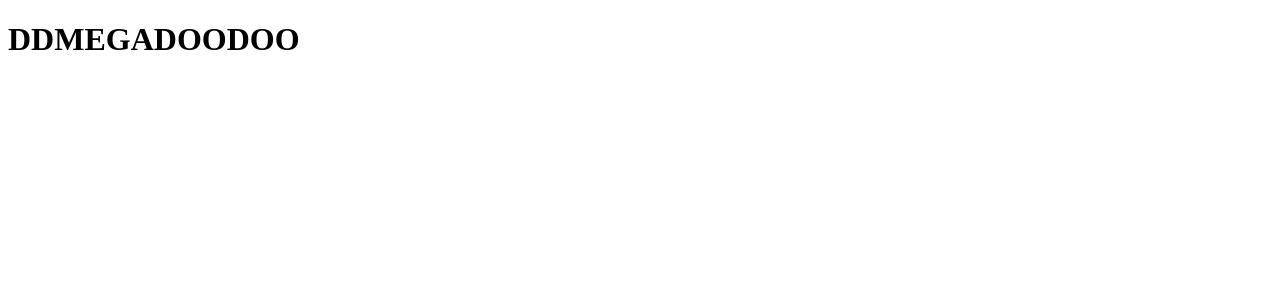
Repository: ofcoy/ofcoy
Page: index.html
The author's editor kept a copy of each file at every save. The page is drawn from the files as they stood at one save, then again after the next save.
The browser window is 1280 px wide. The pictures show the whole page.

Above is the page before, as saved 2026-04-22 13:22:39.
Not found: global.css

After the next save:
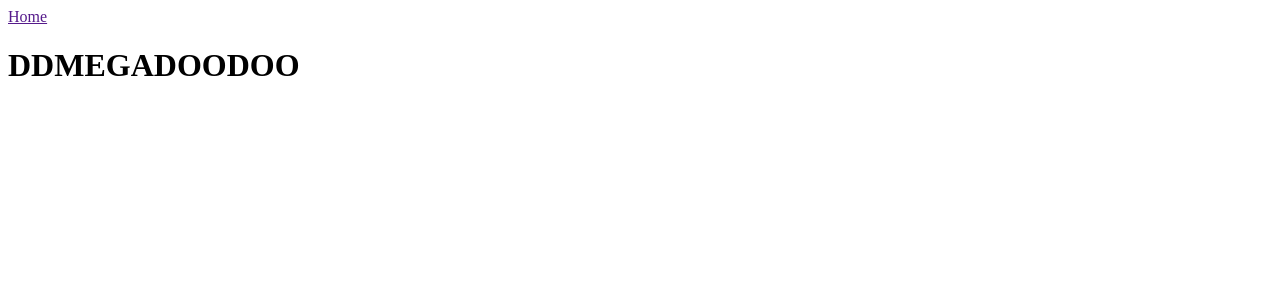
Saved 4 min 45 s later.
--- a/index.html
+++ b/index.html
@@ -9,7 +9,7 @@
 </head>
 <body>
     <nav>
-        <a href=""></a>
+        <a href="">Home</a>
     </nav>
 <h1>DDMEGADOODOO</h1>
 </body>
